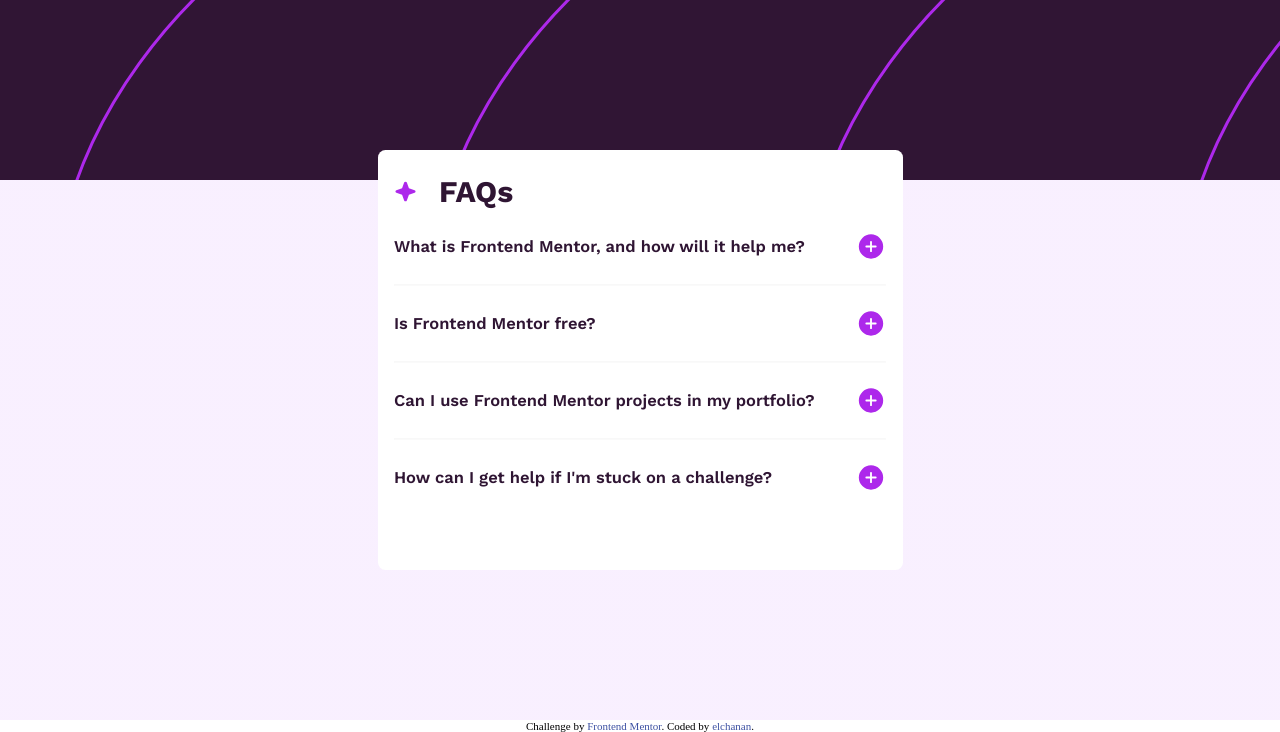
Repository: elchananChen/frontend-mentor-projects
Page: 2024/10/faQs/index.html
The author's editor kept a copy of each file at every save. The page is drawn from the files as they stood at one save, then again after the next save.
The browser window is 1280 px wide. The pictures show the whole page.

Above is the page before, as saved 2024-10-16 00:19:12.

### 2024/10/faQs/index.html
<!DOCTYPE html>
<html lang="en">
  <head>
    <meta charset="UTF-8" />
    <meta name="viewport" content="width=device-width, initial-scale=1.0" />

    <link
      rel="icon"
      type="image/png"
      sizes="32x32"
      href="./assets/images/favicon-32x32.png"
    />

    <title>Frontend Mentor | FAQ accordion</title>

    <style>
      .attribution {
        font-size: 11px;
        text-align: center;
      }
      .attribution a {
        color: hsl(228, 45%, 44%);
      }
    </style>
    <link rel="stylesheet" href="./style.css" />
  </head>
  <body>
    <article>
      <div class="card">
        <header>
          <div class="header flex">
            <div class="star-wrapper">
              <img
                class="star-icon"
                src="./assets/images/icon-star.svg"
                alt="icon-star"
              />
            </div>
            <h1>FAQs</h1>
          </div>
        </header>
        <main>
          <div class="q-wrapper">
            <div class="flex q-head">
              <h3>What is Frontend Mentor, and how will it help me?</h3>
              <div class="sign-big-wrapper">
                <div class="sign-wrapper">
                  <img
                    class="sign-img"
                    src="./assets/images/icon-plus.svg"
                    alt="plus-sign"
                  />
                </div>
              </div>
            </div>
            <p class="p hidden">
              Frontend Mentor offers realistic coding challenges to help
              developers improve their frontend coding skills with projects in
              HTML, CSS, and JavaScript. It's suitable for all levels and ideal
              for portfolio building.
            </p>
          </div>
          <hr />
          <div class="q-wrapper">
            <div class="flex q-head">
              <h3>Is Frontend Mentor free?</h3>
              <div class="sign-big-wrapper">
                <div class="sign-wrapper">
                  <img
                    class="sign-img"
                    src="./assets/images/icon-plus.svg"
                    alt="plus-sign"
                  />
                </div>
              </div>
            </div>
            <p class="p hidden">
              Yes, Frontend Mentor offers both free and premium coding
              challenges, with the free option providing access to a range of
              projects suitable for all skill levels.
            </p>
          </div>
          <hr />
          <div class="q-wrapper">
            <div class="flex q-head">
              <h3>Can I use Frontend Mentor projects in my portfolio?</h3>
              <div class="sign-big-wrapper">
                <div class="sign-wrapper">
                  <img
                    class="sign-img"
                    src="./assets/images/icon-plus.svg"
                    alt="plus-sign"
                  />
                </div>
              </div>
            </div>
            <p class="p hidden">
              Yes, you can use projects completed on Frontend Mentor in your
              portfolio. It's an excellent way to showcase your skills to
              potential employers!
            </p>
          </div>
          <hr />
          <div class="q-wrapper">
            <div class="flex q-head">
              <h3>How can I get help if I'm stuck on a challenge?</h3>
              <div class="sign-big-wrapper">
                <div class="sign-wrapper">
                  <img
                    class="sign-img"
                    src="./assets/images/icon-plus.svg"
                    alt="plus-sign"
                  />
                </div>
              </div>
            </div>
            <p class="hidden">
              The best place to get help is inside Frontend Mentor's Discord
              community. There's a help channel where you can ask questions and
              seek support from other community members.
            </p>
          </div>
        </main>
      </div>
    </article>
    <div class="attribution">
      Challenge by
      <a href="https://www.frontendmentor.io?ref=challenge" target="_blank"
        >Frontend Mentor</a
      >. Coded by <a href="#">elchanan</a>.
    </div>
    <script src="main.js"></script>
  </body>
</html>

### 2024/10/faQs/style.css
@import url("./css/reset.css");
@import url("./css/varieble.css");
@import url("./css/fonts.css");
@import url("./css/utilities.css");

h1 {
  font-family: "work-sans";
  font-weight: 700;
  font-size: 2rem;
}
h3 {
  font-family: "work-sans";
  font-weight: 600;
  font-size: 1.1rem;
  color: var(--color-Dark-purple);
}
h3:hover {
  color: var(--color-Grayish-purple);
}
p {
  padding-block: 1rem;
  font-family: "work-sans";
  color: var(--color-Grayish-purple);
  line-height: 1.6;
}
article {
  display: flex;
  justify-content: center;
  min-height: 100vh;
  width: 100%;
  padding: 1rem;
  padding-block: 10rem;
  background: linear-gradient(180deg, transparent 25%, hsl(275, 100%, 97%) 25%),
    url("./assets/images/background-pattern-mobile.svg");
}
.card {
  flex-basis: 35rem;
  background-color: var(--color-White);
  padding: 1.1rem;
  border-radius: 0.5rem;
}
header {
  font-family: "";
  font-weight: bolder;
}
h1 {
  color: var(--color-Dark-purple);
}
.header {
  align-items: center;
  gap: 1.5rem;
  margin-block: 0.5rem;
}
.star-wrapper {
  width: 1.5rem;
  height: 1.5rem;
}
.q-head {
  gap: 1.5rem;
  padding-block: 0.5rem;
  align-items: center;
  justify-content: space-between;
}
.q-head:hover {
  cursor: pointer;
}
.sign-wrapper {
  display: flex;
  align-items: center;
  justify-content: end;
  width: 3rem;
  height: 3rem;
  flex-basis: 2rem;
  flex-shrink: 0;
}
.sign-img {
  flex-basis: 2rem;
  width: 2rem;
  height: 2rem;
  object-fit: cover;
}
hr {
  border-color: rgba(0, 0, 0, 0.023);
  margin-block: 0.5rem;
}

### 2024/10/faQs/main.js
const minusSignsEL = document.querySelectorAll(".minus-container");
const signBtnsEl = document.querySelectorAll(".sign-big-wrapper");

signBtnsEl.forEach((sign) => {
  sign.addEventListener("click", (ev) => {
    let current = "";
    const alt = ev.target.alt;
    const wrapperEL = ev.target.closest(".q-wrapper");
    const pEL = wrapperEL.querySelector("p");
    if (alt === "plus-sign") {
      current = "minus";
      ev.target.alt = "minus-sign";
      pEL.classList.remove("hidden");
    } else if (alt === "minus-sign") {
      current = "plus";
      ev.target.alt = "plus-sign";
      pEL.classList.add("hidden");
    } else console.error("Error: sign path missing");
    ev.target.src = `./assets/images/icon-${current}.svg`;
  });
});

### 2024/10/faQs/css/reset.css
* {
  box-sizing: border-box;
  margin: 0;
  padding: 0;
}
html {
  font-family: "overpass-Regular";
}
html,
body {
  min-height: 100vh;
  width: 100%;
  font-size: 15px;
}

img {
  font-family: "work-sans-italic";

  display: block;
  max-width: 100%;
}
h1,
h2,
h3,
h4,
h5,
h6 {
  font-size: 1rem;
  font-weight: normal;
}
button {
  border: 0px;
}

ul,
ol {
  padding-left: 0.5rem;
}
a {
  text-decoration: none;
  color: inherit;
}

### 2024/10/faQs/css/varieble.css
:root {
  --color-White: hsl(0, 0%, 100%);
  --color-Light-pink: hsl(275, 100%, 97%);
  --color-Grayish-purple: hsl(292, 16%, 49%);
  --color-Dark-purple: hsl(292, 42%, 14%);
}

### 2024/10/faQs/css/fonts.css
@font-face {
  font-family: "work-sans-italic";
  src: url("../assets/fonts/WorkSans-Italic-VariableFont_wght.ttf");
}
@font-face {
  font-family: "work-sans";
  src: url("../assets/fonts/WorkSans-VariableFont_wght.ttf");
}

### 2024/10/faQs/css/utilities.css
.flex {
  display: flex;
}
.hidden {
  display: none;
}

After the next save:
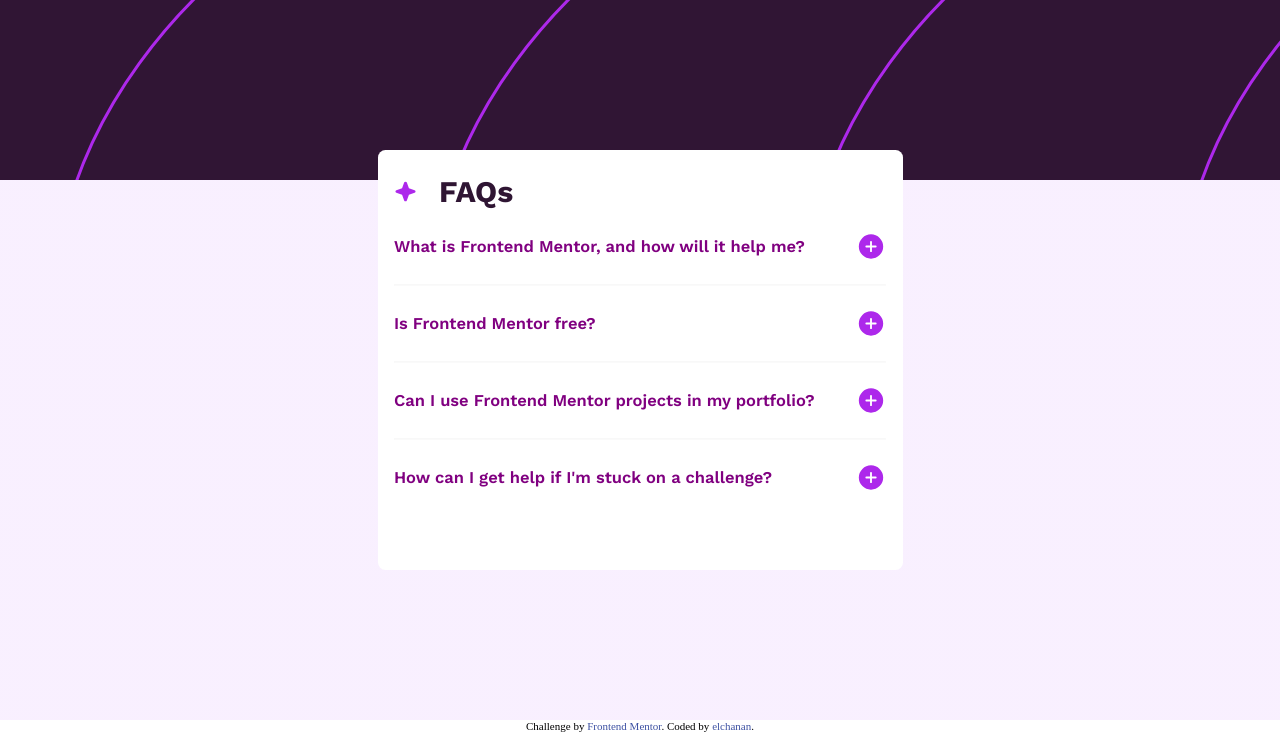
Saved 9 min 30 s later.
--- a/2024/10/faQs/style.css
+++ b/2024/10/faQs/style.css
@@ -12,10 +12,11 @@
   font-family: "work-sans";
   font-weight: 600;
   font-size: 1.1rem;
-  color: var(--color-Dark-purple);
+  color: purple;
+  /* color: var(--color-Dark-purple); */
 }
 h3:hover {
-  color: var(--color-Grayish-purple);
+  color: var(--color--purple);
 }
 p {
   padding-block: 1rem;
